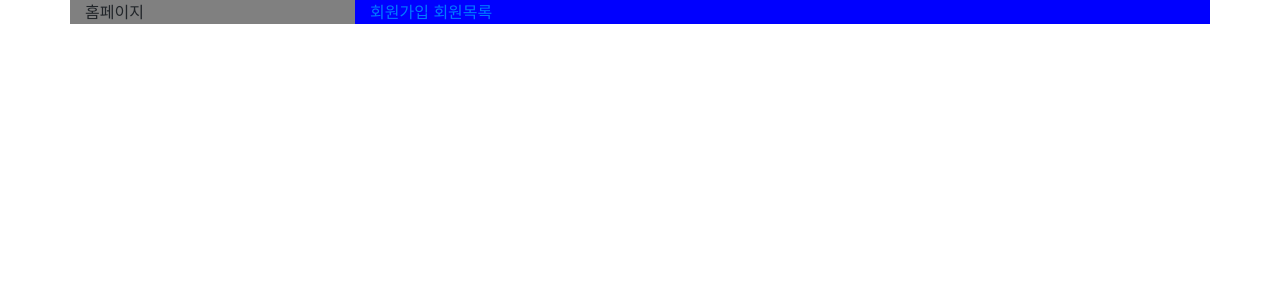
Repository: rjadmsekf13/20201113
Page: Tlqkfrj/WebContent/index.html
The author's editor kept a copy of each file at every save. The page is drawn from the files as they stood at one save, then again after the next save.
The browser window is 1280 px wide. The pictures show the whole page.

Above is the page before, as saved 2020-11-06 00:47:36.

After the next save:
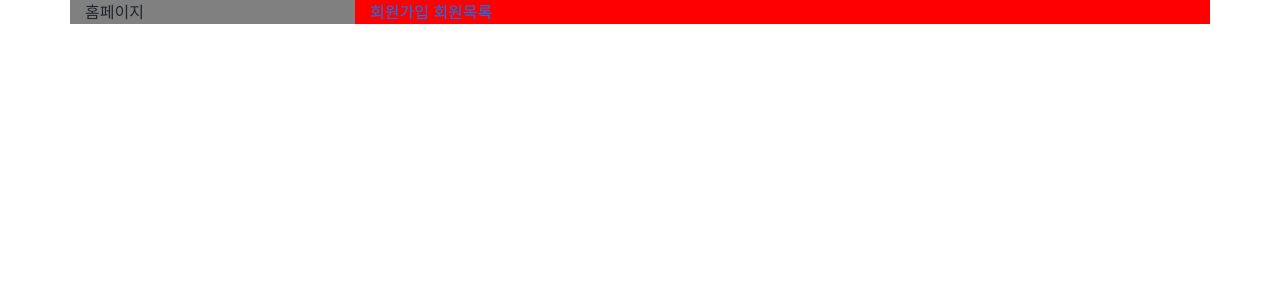
Saved 16 s later.
--- a/Tlqkfrj/WebContent/index.html
+++ b/Tlqkfrj/WebContent/index.html
@@ -35,12 +35,12 @@
 </style>
 </head>
 <body>
-	<div class="container">
+	<div class="container blue">
 		<div class="row red">
 			<div class="col-md-3 gray">
 			홈페이지
 			</div>
-			<div class="col-md-9 blue">
+			<div class="col-md-9 red">
 				<a href="join.html">회원가입</a>
 				<a href="list.html">회원목록</a>
 			</div>
